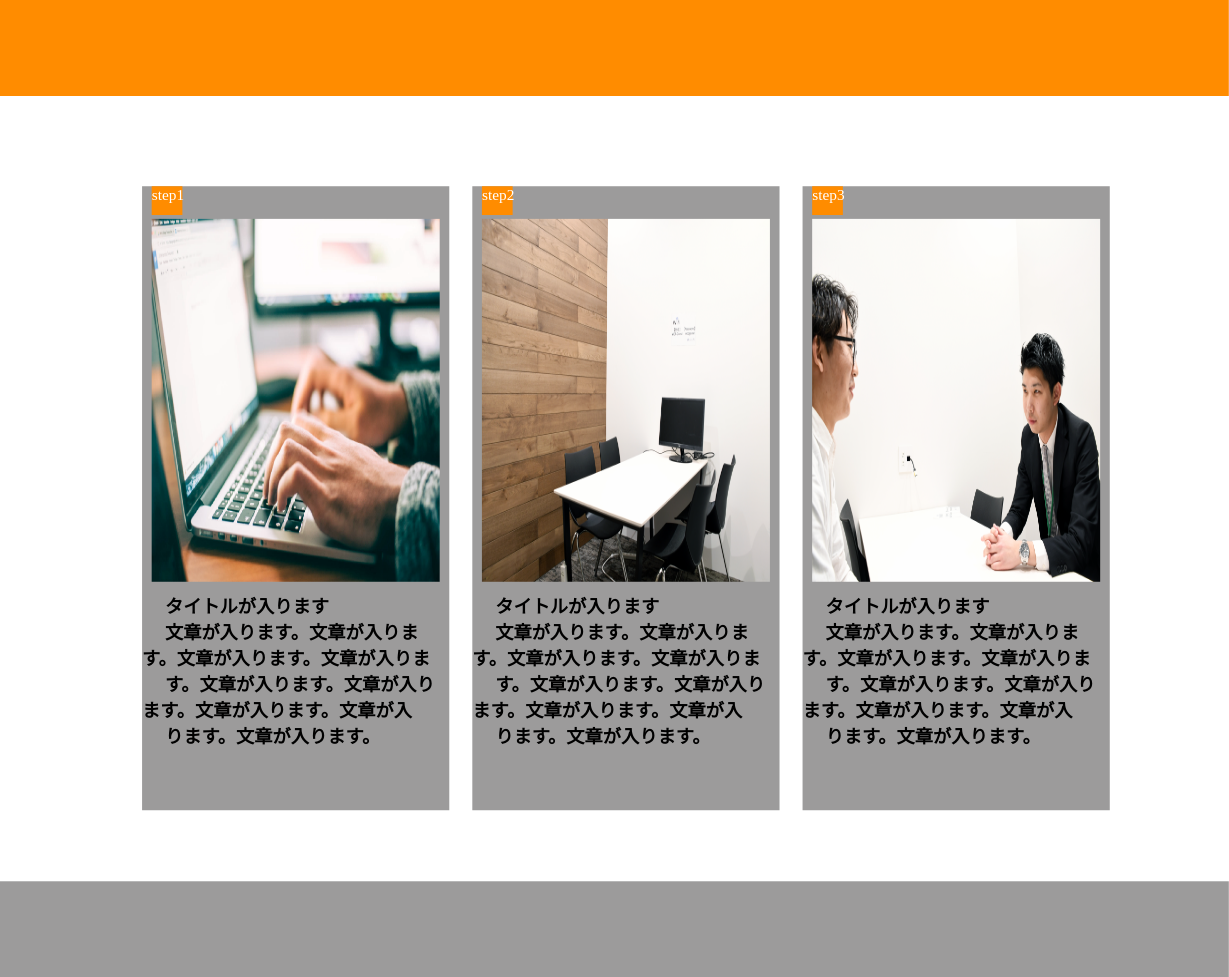
Repository: shiotaryuto/kadai1-10
Page: 課題/課題.html
The author's editor kept a record of every edit. The page is drawn from the files as they stood at one moment, then again after the next edit.
The browser window is 1280 px wide. The pictures show the whole page, at 96% of full size.
Some web libraries are served in a nearby version.

Above is the page before.

After the next edit:
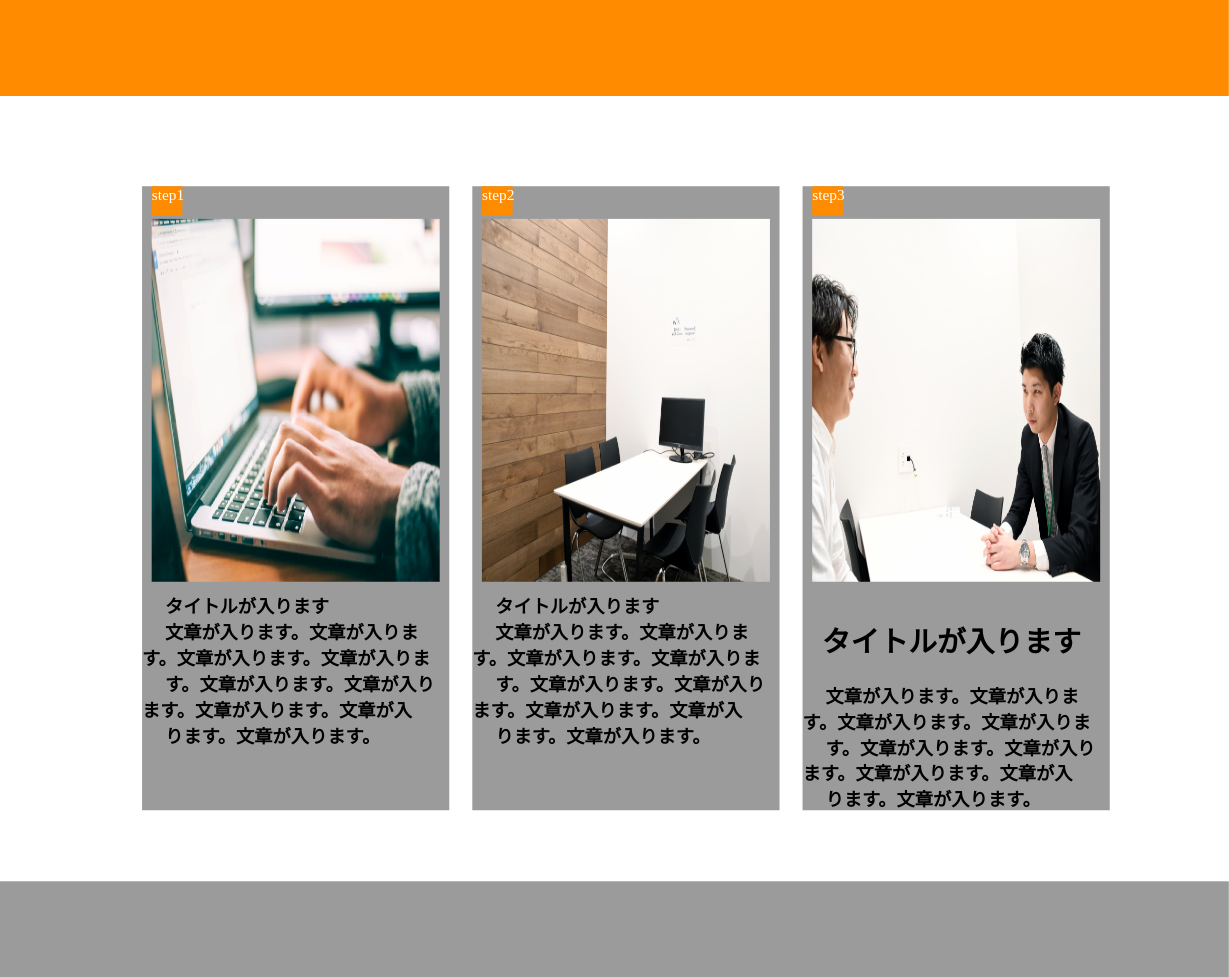
The edit:
--- a/課題/課題.html
+++ b/課題/課題.html
@@ -45,7 +45,7 @@
 　    <div class="step3-heading">step3</div>
 　     <div class="step3-item">
 　        <h3 class="step3-text-heading">
-　          タイトルが入ります</br>
+　         <p>タイトルが入ります</p></br>
 　          文章が入ります。文章が入ります。文章が入ります。文章が入りま
 　          す。文章が入ります。文章が入ります。文章が入ります。文章が入
 　          ります。文章が入ります。
